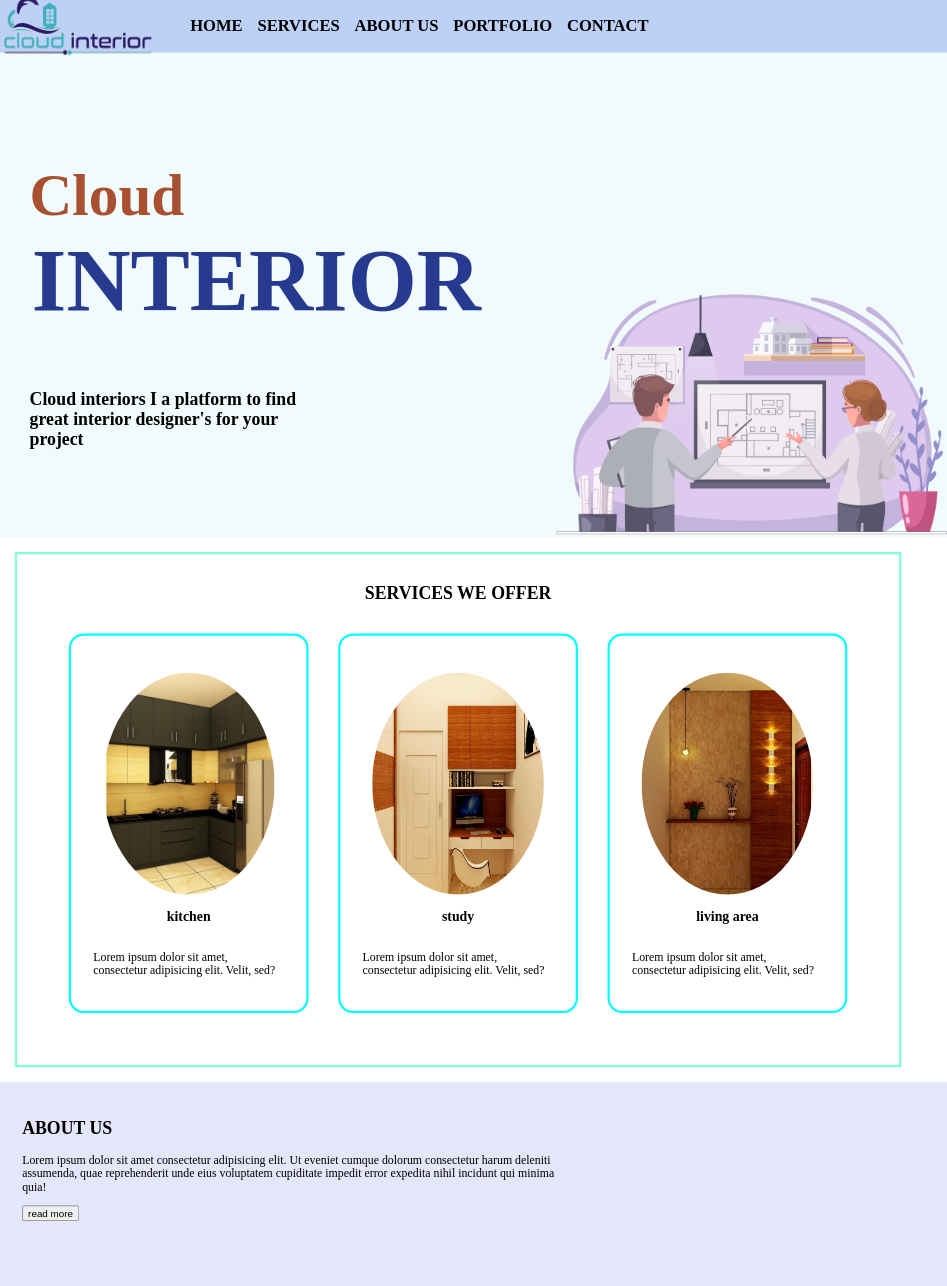
Repository: Ganavid/ganavidgowda.github.io
Page: cloud interior/‌index.html
An editor plug-in stored every save of this project. The page is shown before and after the next save, followed by the edit.
The browser window is 1280 px wide. The pictures show the whole page, at 74% of full size.

Above is the page before, as saved 2023-03-04 01:22:44.

### cloud interior/‌index.html
<!DOCTYPE html>
<html lang="en">

<head>
    <meta charset="UTF-8">
    <meta http-equiv="X-UA-Compatible" content="IE=edge">
    <meta name="viewport" content="width=device-width, initial-scale=1.0">
    <link rel="stylesheet" href="interial.css">
    <title>cloud</title>
</head>

<body>
    <nav id="navbar">
        <div id="logocnt">
            <img id="logo" src="Layer 2.png" alt="the company" width="100px" height="50px">

        </div>
        <ul id="contents">
            <li class="item">
                <a href="interial.html">HOME</a>
            </li>
            <li class="item">
                <a href="#SERVICES">SERVICES</a>
            </li>
            <li class="item">
                <a href="about.html">ABOUT US</a>
            </li>
            <li class="item">
                <a href="gallery.html">PORTFOLIO</a>
            </li>
            <li class="item">
                <a href="register.html">CONTACT</a>
            </li>
        </ul>
    </nav>
    <div id="content2">
        <div id="subcontent">
            <h1>Cloud <br><span>Interior</span> </h1>
            <p><span>C</span>loud interiors I a platform
                to find great interior designer's
                for your project
            </p>
        </div>

        <div id="subcntimg">
            <img src="Group 1.png" alt=" studio" id="starter">
        </div>
    </div>

    <div id="ser">
        <h2 style="text-align: center;">SERVICES WE OFFER</h2>
        <div id="services">

            <div id="items">
                <img id="img1" src="ki1.jpeg" width="200px" height="300px" alt="kitchen">
                <h3>kitchen</h3>
                <p>Lorem ipsum dolor sit
                    amet, consectetur adipisicing
                    elit. Velit, sed?
                </p>
            </div>
            <div id="items">
                <img id="img1" src="stu1.jpeg" width="200px" height="300px" alt="">
                <h3>study</h3>
                <p>Lorem ipsum dolor sit
                    amet, consectetur adipisicing
                    elit. Velit, sed?
                </p>
            </div>
            <div id="items">
                <img id="img1" src="h2.jpeg" width="200px" height="300px" alt="bathroom">
                <h3>living area</h3>
                <p>Lorem ipsum dolor sit
                    amet, consectetur adipisicing
                    elit. Velit, sed?
                </p>
            </div>
        </div>

    </div>
    <div id="about">
        <h2>ABOUT US</h2>
        <p id="abtcon">Lorem ipsum dolor sit amet consectetur adipisicing elit. Ut eveniet cumque dolorum consectetur
            harum deleniti assumenda, quae reprehenderit unde eius voluptatem cupiditate impedit error expedita nihil
            incidunt qui minima quia!</p>
        <button id="button">read more</button>
    </div>

</body>

</html>

### cloud interior/interial.css
body{
    margin: 0px;
    padding: 0px;
    border: 0px;
}


nav{
    display: flex;
    justify-content: left;
    background-color: #BDD0F5;
    padding: 3px;
    align-items: center;
    height: 9vh;
}

#logocnt{
    display: flex;
    flex-direction: row;
}

#logo{
    height: 80px;
    width: 200px;
    margin: 2px;
}

#contents{
    display: flex;
    flex-direction: row;
    list-style: none;

}
#contents li{
    display: flex;
    flex-direction: row;
    list-style: none;
    margin: 0px 10px 0px 10px;

}


#contents li a{
    text-decoration: none;
    margin: 0xp 10px 0px 10px;
    color:white;
    font-family: ebrima;
    font-weight: bold;
    font-size: 140%;
    color: black;
}

#content2 {
    display: flex;
    flex-direction:row;
    margin: 0px;
    padding: 0px;
    justify-content:space-between;
    height: 91vh;
    background-color: #3abccb11;
}


#subcontent{
    display: flex;
    flex-direction: column;
    width: 50%;
    padding: 40px;
    align-items: normal;
    justify-content: center;

}

#subcontent h1 {
    color: #A8502F;
    font-size: 500%;
    font-family: Arial Rounded MT;
    font-weight: bold;
}

#subcontent h1 span{
    color: #263B8F;
    font-size: 150%;
    margin: 3px;
    text-transform: uppercase;
}

#subcontent p{
    max-width: 60%;
    font-size: 150%;
    font-family: Ebrima;
    font-weight: bold;
}



#subcntimg{
    display: flex;
    flex-direction: row;
    align-self: flex-end;
    justify-content: flex-end;
    width: 50%;
    height: 100%;
}

#starter{
    align-self: flex-end;
    width: 90%;
    margin-bottom: 4px;

}

img{
    margin-top: 20px;
    width: 400px;
    align-items: center;
}
#ser{
    border: solid aquamarine;
    margin: 20px;
    padding: 20px;
    width: 90%;
    justify-content: space-around;

}
#services{
    display: flex;
    flex-direction: row;
    overflow:hidden;
    padding: 30px;
    padding-top: 0;

}
#items{display: flex;
    flex-direction: column;
    overflow:hidden;
    padding: 30px;
    border: solid aqua;
    align-content: space-around;
    margin: 20px;
    align-items: center;
    border-radius: 20px;


}
#about{
background-color: lavender;
justify-content: center;
height: 30vh;
padding: 30px;
}
#img1{
    border-radius: 50%;
    width:90%;

}
#abtcon{
    width: 60%;
}

After the next save:
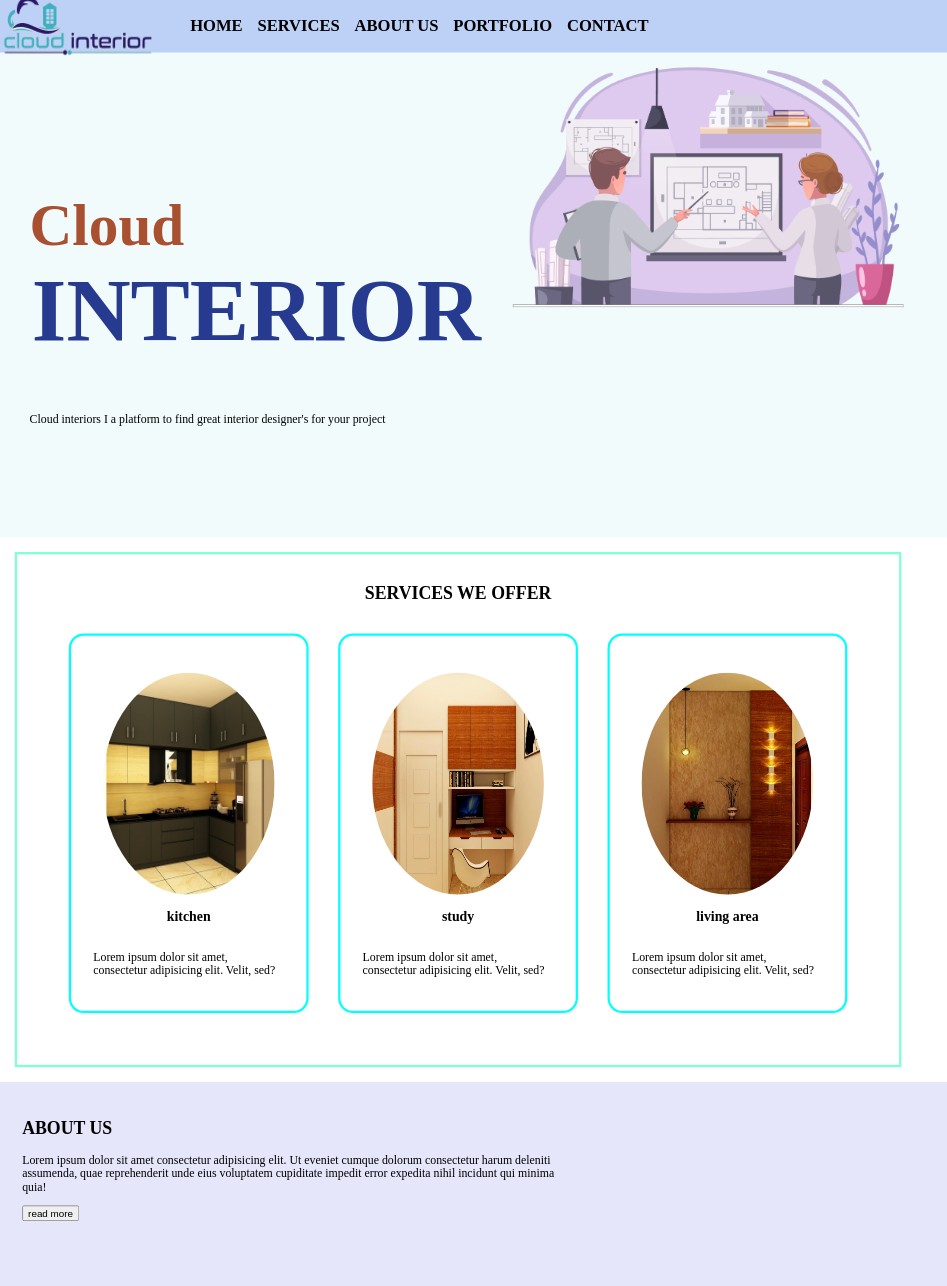
Saved 4 s later.
--- a/cloud interior/interial.css
+++ b/cloud interior/interial.css
@@ -85,12 +85,9 @@
     text-transform: uppercase;
 }
 
-#subcontent p{
-    max-width: 60%;
-    font-size: 150%;
-    font-family: Ebrima;
-    font-weight: bold;
-}
+loud interiors I a platform
+to find great interior designer's
+for your project
 
 
 

After the 2 saves that followed:
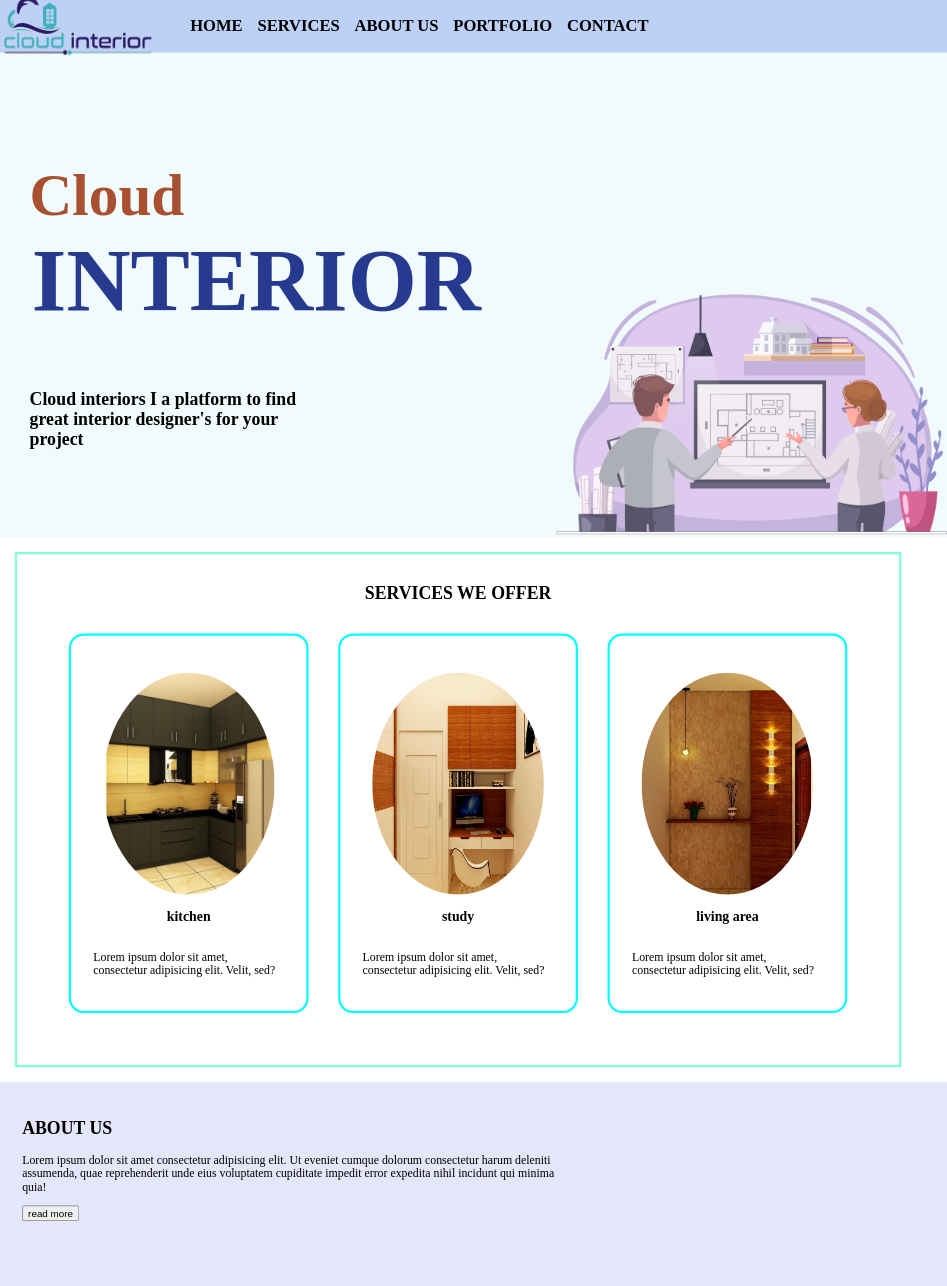
The 2 saves are shown as one change because they came seconds apart.
The last was saved 5 s later.
--- a/cloud interior/interial.css
+++ b/cloud interior/interial.css
@@ -85,9 +85,14 @@
     text-transform: uppercase;
 }
 
-loud interiors I a platform
-to find great interior designer's
-for your project
+#subcontent p{
+    max-width: 60%;
+    font-size: 150%;
+    font-family: Ebrima;
+    font-weight: bold;
+}
+
+
 
 
 
